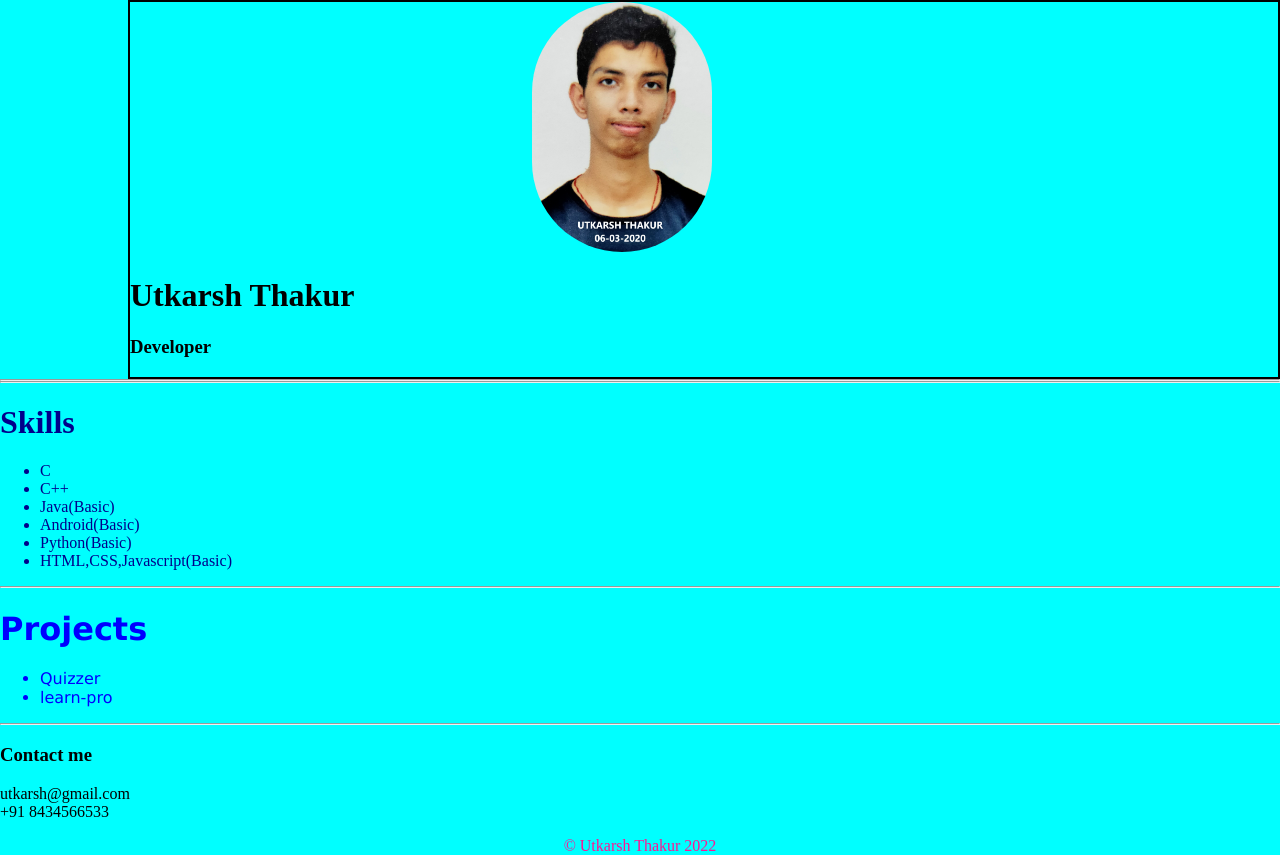
Repository: UtkarshThakur321/Utkarsh-Thakur-Profile
Page: index.html
The author's editor kept a copy of each file at every save. The page is drawn from the files as they stood at one save, then again after the next save.
The browser window is 1280 px wide. The pictures show the whole page.

Above is the page before, as saved 2022-01-18 22:15:08.
Not found: main.js

After the next save:
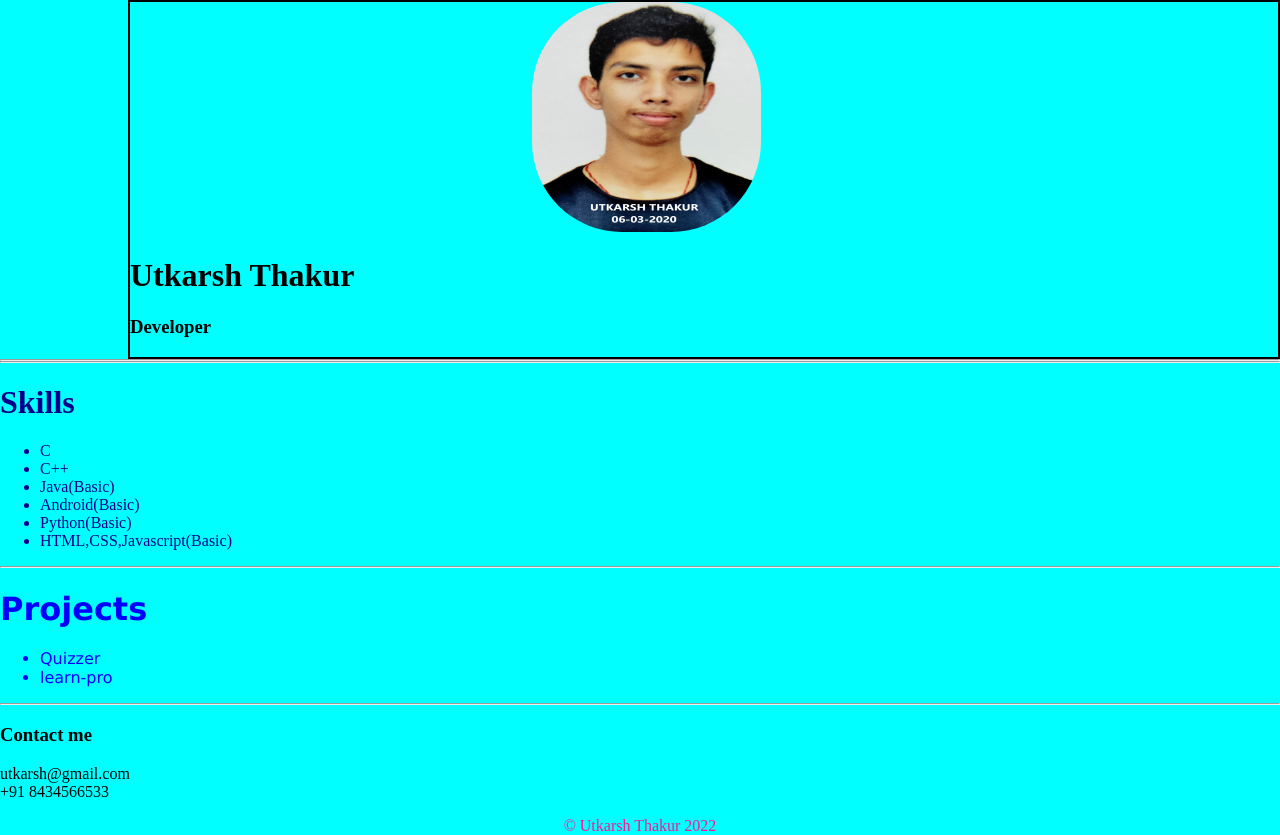
Saved 18 s later.
--- a/index.css
+++ b/index.css
@@ -10,7 +10,8 @@ body{
 }
 
 #profileImage>img{
-    height:250px;
+    height:230px;
+    width:20%;
     border-radius: 90px;
     margin-left:35%;
 
